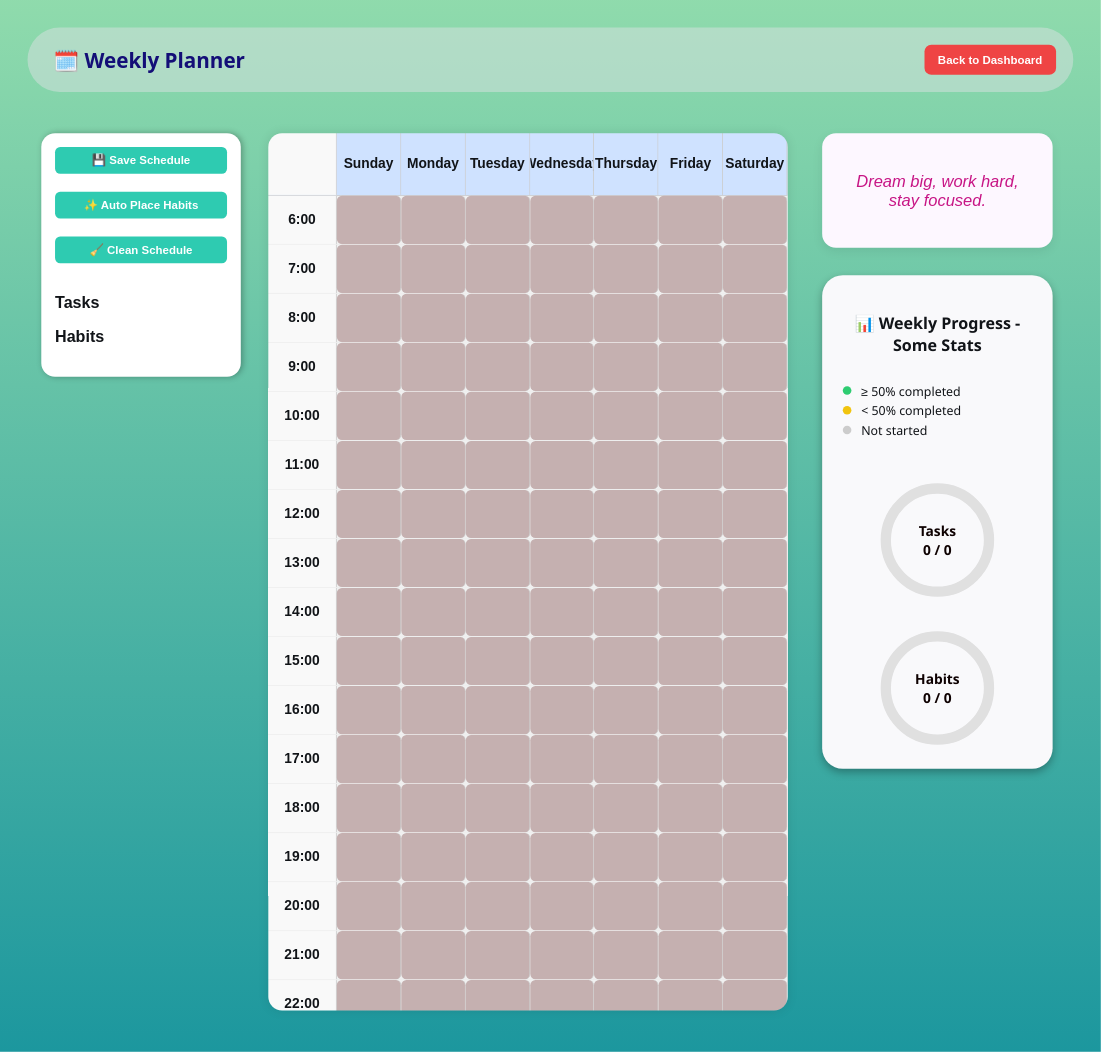
Repository: RachelB9913/smart-task-and-habit-tracker
Page: /schedule
These files come from the project's save history. The page is drawn as it stood at one moment and after the next save; the edit follows.
The browser window is 1280 px wide. The pictures show the whole page, at 86% of full size.
The project was rebuilt for these pictures with package versions that can differ from the ones it lists, and the page was loaded fresh each time. Also part of the build but not shown: src/components/PageWrapper.js, src/components/welcome.js, src/services/api.js, src/components/Login.js, src/components/Register.js, src/components/DashBoard.js.

Above is the page before, as saved 2025-06-29 21:45:02.

After the next save:
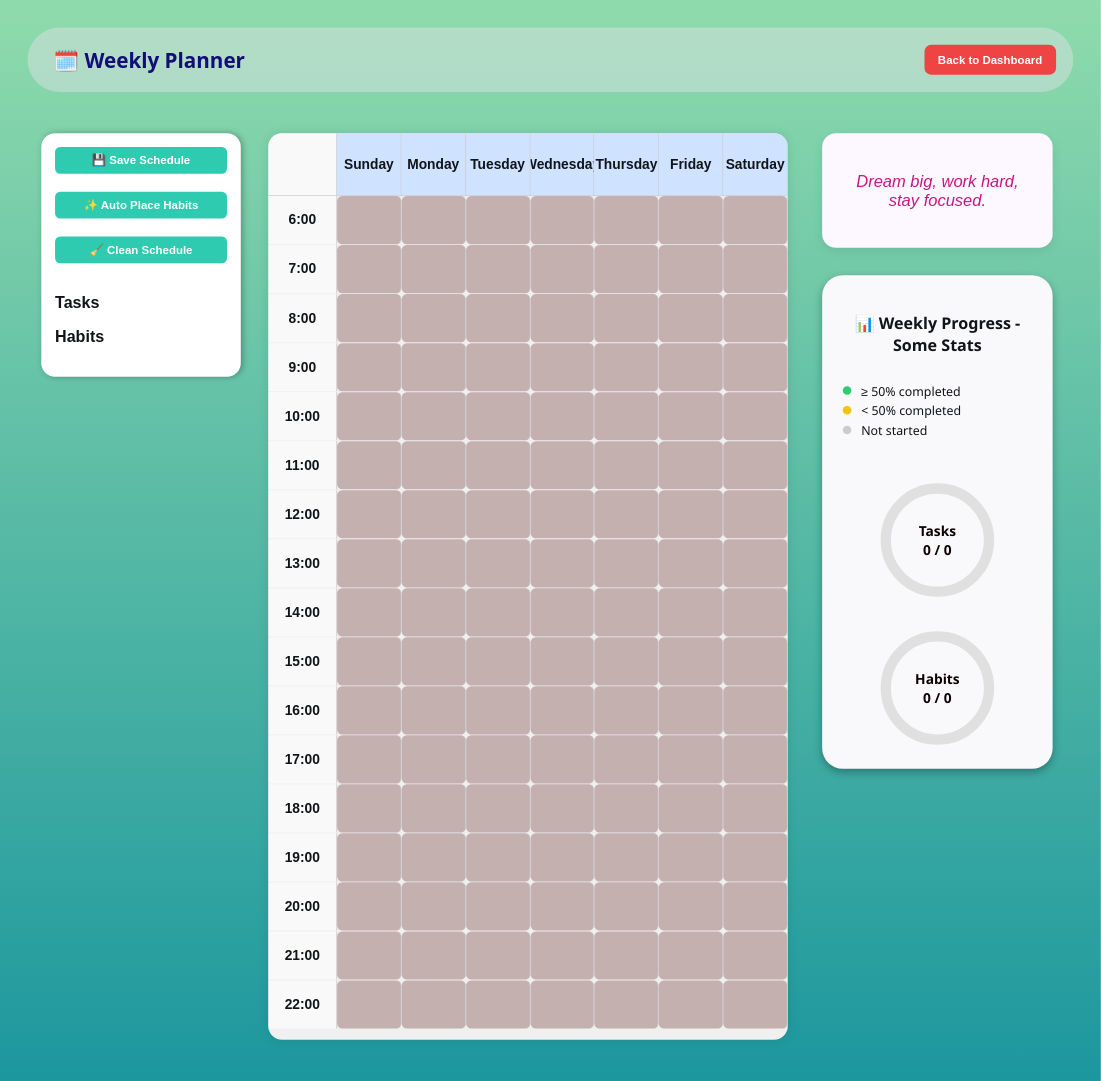
Saved 7 s later.
--- a/src/components/SchedulePlanner.css
+++ b/src/components/SchedulePlanner.css
@@ -62,7 +62,7 @@
 }
 
 :root {
-  --cell-height: 60px;
+  --cell-height: 62px;
 }
 
 .calendar-grid {
